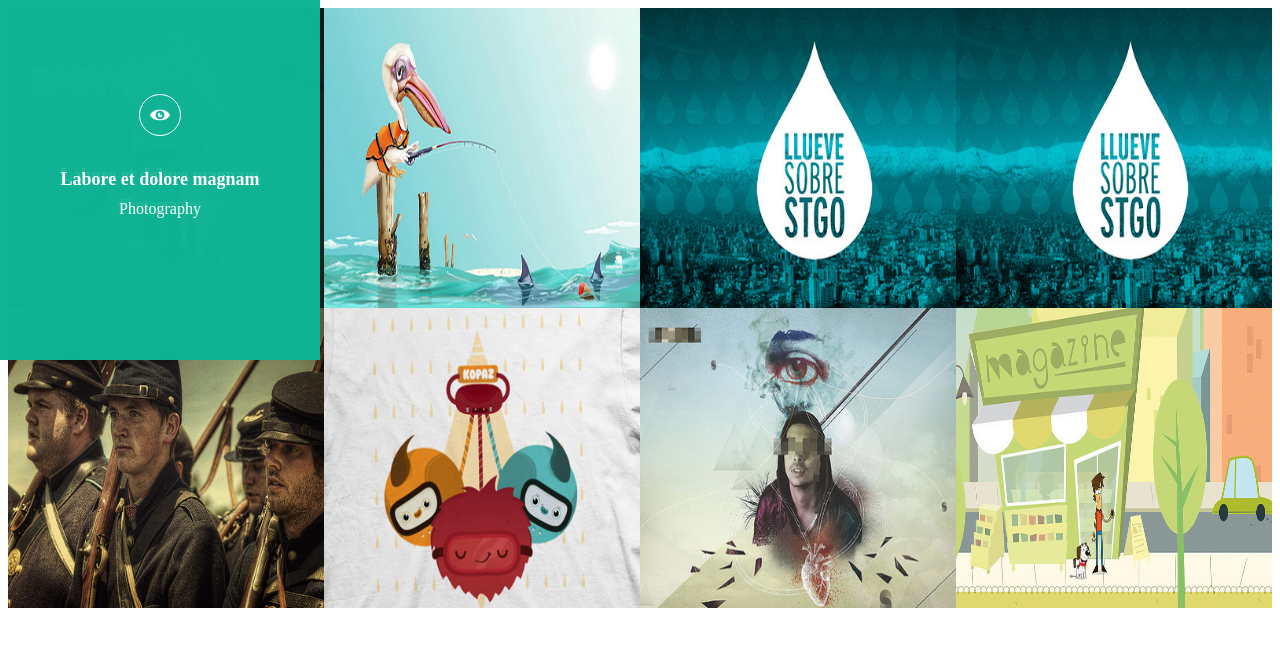
Repository: iravakilova/Brandi
Page: app/works1.html
These files come from the project's save history. The page is drawn as it stood at one moment and after the next save; the edit follows.
The browser window is 1280 px wide. The pictures show the whole page.

Above is the page before, as saved 2020-02-16 23:20:09.

### app/works1.html
<!DOCTYPE html>
<html lang="en">
<head>
    <meta charset="UTF-8">
    <meta name="viewport" content="width=device-width, initial-scale=1.0">
    <title>works_grid</title>
    <style>

        .gallery{
            width: 100%;
            max-width: 1600px;
            v
        }
        .grid-container {
            display: grid;
            grid-template-columns: 1fr 1fr 1fr 1fr;
            grid-template-rows: 1fr 1fr;
        }
        .grid-container img{
        max-width: 100%;
        width: 400px;
        height: 300px;
        display: block;
        x
    }
        .ladore{
        opacity: 1;
        position: absolute;
        top: 0;
        left: 0;
        width: 25%;
        height: 50%;
        background-image: url(./img/labore.png);
        color: #fff;
        text-align: center;
        transition: all .5s;
    }
    .ladore__img img{
        padding-top: 94px;
        width: 20px;
        height: 12px;
        padding: 14px 10px;
        border: 1px solid #fff;
        border-radius: 50%;
        margin: 94px auto 0;
    }
    .ladore__title{
        padding-top: 29px;
        padding-bottom: 10px;
        font-family: "OpenSans", "OpenSans-Bold", "AdobeInvisFont", "MyriadPro-Regular";
        font-size: 18px;
        font-weight: bold;
        margin: 0;
    }
    .ladore__descr{
        margin: 0;
    }
    .grid-container img:hover .ladore{
        opacity: 1;
    }
    </style>
</head>
<body>
    <div class="gallery">
        <div class="grid-container">
                <div class="ladore">
                    <div class="ladore__img">
                        <img src="./img/eye.png" alt="">
                    </div>
                    <h4 class="ladore__title">Labore et dolore magnam</h4>
                    <p class="ladore__descr">Photography</p>
                </div>
                <img src="./img/works-1.png" alt="">
            <img src="./img/works-2.png" alt="">
            <img src="./img/works-4.png" alt="">
            <img src="./img/works-4.png" alt="">
            <img src="./img/works-5.png" alt="">
            <img src="./img/works-6.png" alt="">
            <img src="./img/works-7.png" alt="">
            <img src="./img/works-8.png" alt="">
        </div>
        <div class="ladore">
            <div class="ladore__img">
                <img src="./img/eye.png" alt="">
            </div>
            <h4 class="ladore__title">Labore et dolore magnam</h4>
            <p class="ladore__descr">Photography</p>
        </div>
    </div>
</body>
</html>

After the next save:
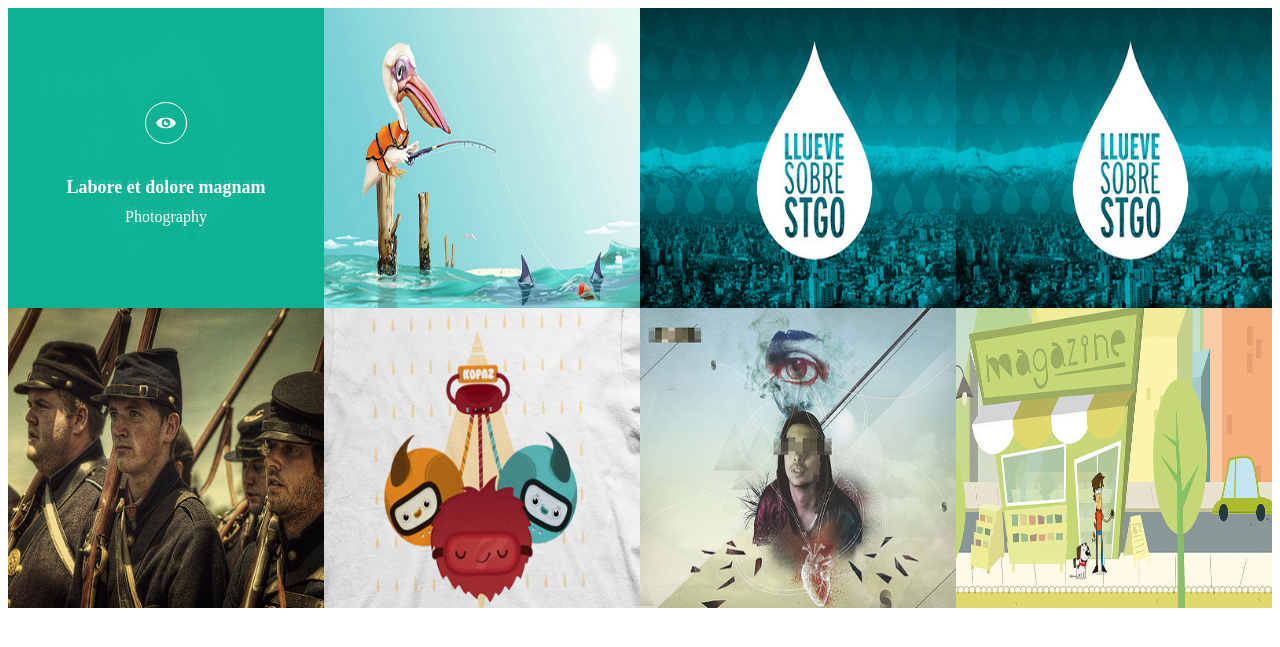
Saved 10 s later.
--- a/app/works1.html
+++ b/app/works1.html
@@ -9,7 +9,7 @@
         .gallery{
             width: 100%;
             max-width: 1600px;
-            v
+            position: relative;
         }
         .grid-container {
             display: grid;
@@ -21,7 +21,7 @@
         width: 400px;
         height: 300px;
         display: block;
-        x
+
     }
         .ladore{
         opacity: 1;
